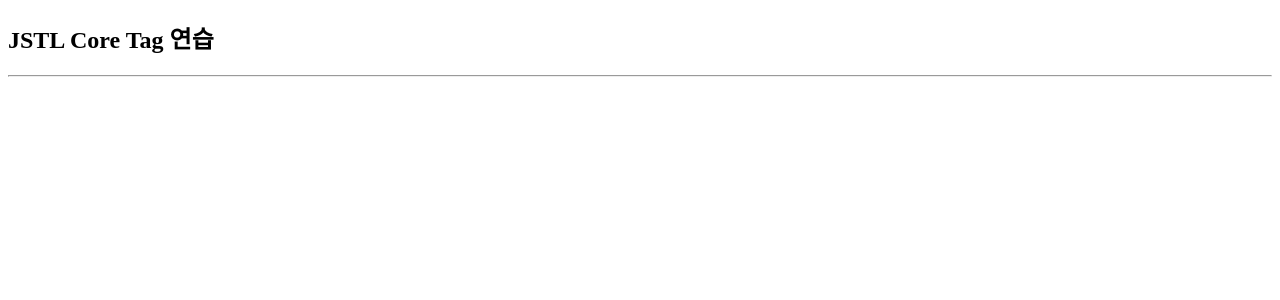
Repository: emthrology/servertest
Page: http://localhost/jspTag/JSTL/jsp_JSTL_Basic1.jsp
The author's editor kept a copy of each file at every save. The page is drawn from the files as they stood at one save, then again after the next save.
The browser window is 1280 px wide. The pictures show the whole page.
The page is served by Tomcat 9.

Above is the page before, as saved 2019-05-16 04:40:35.

After the next save:
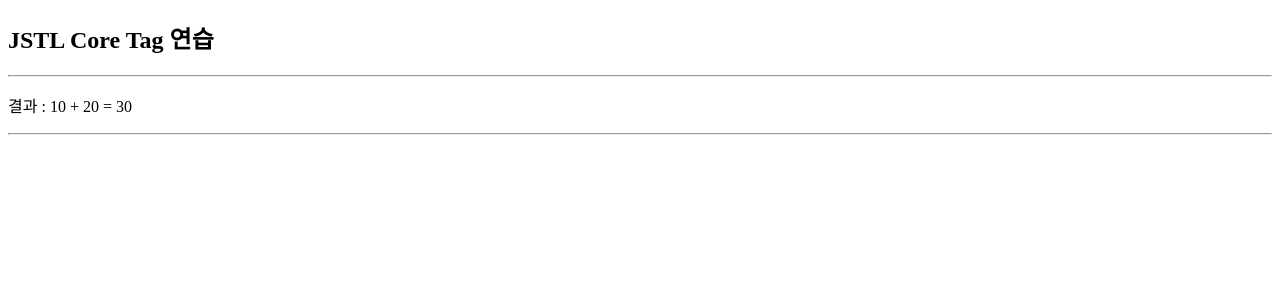
Saved 66 s later.
--- a/apache/jspTag/WebContent/JSTL/jsp_JSTL_Basic1.jsp
+++ b/apache/jspTag/WebContent/JSTL/jsp_JSTL_Basic1.jsp
@@ -12,5 +12,11 @@
 	<hr>
 	<c:set var="num1" value="10"/>
 	<c:set var="num2" value="20"/>
+	<p>결과 : ${num1 } + ${num2 } = ${num1+ num2 } </p>
+	<hr>
+	<!-- 변수에 스코프 지정 -->
+	<c:set var="num" value="100" scope="request"/>
+	<c:set var="num" value="100" scope="session"/>
+
 </body>
 </html>
